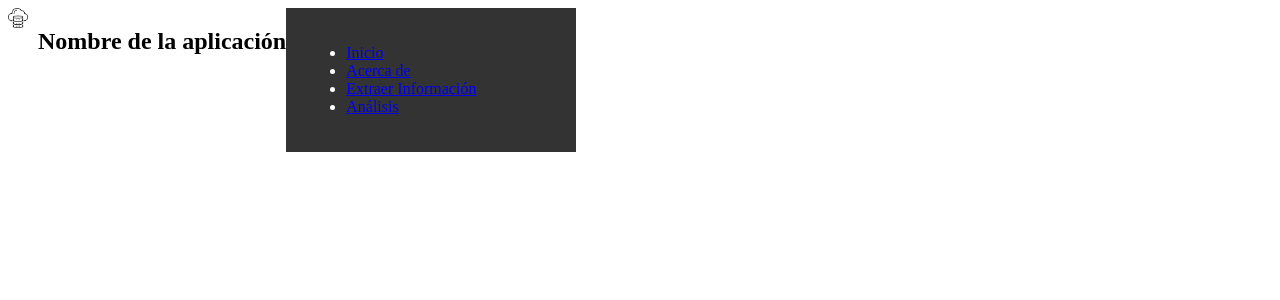
Repository: marcoBartolo55/data_analysis_app_-dev_project
Page: http://localhost/
The author's editor kept a copy of each file at every save. The page is drawn from the files as they stood at one save, then again after a run of saves.
The browser window is 1280 px wide. The pictures show the whole page.
The page is served by the project's application, run on Flask 3 (app/app.py).

Above is the page before, as saved 2025-10-19 22:32:21.

After the next 3 saves:
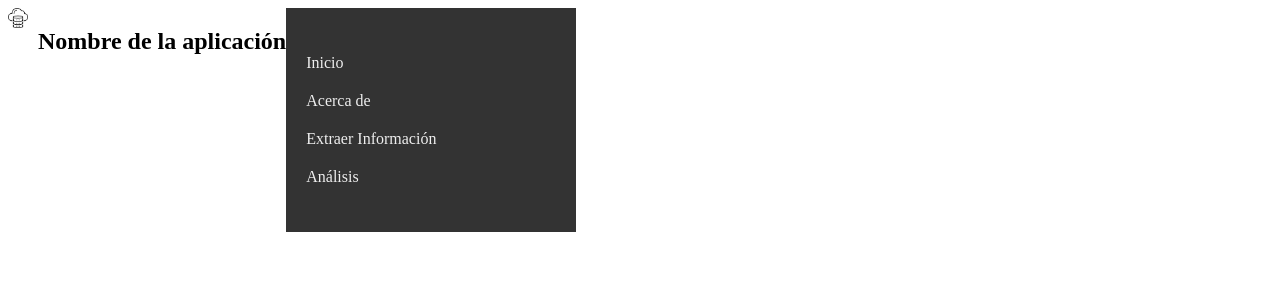
The 3 saves are shown as one change because they came seconds apart.
The last was saved 9 s later.
--- a/static/styles/index.css
+++ b/static/styles/index.css
@@ -15,17 +15,17 @@
 }
 
 /* Estilos simples para los enlaces del menú */
-.sidebar nav ul {
+.side-bar nav ul {
     list-style: none;
     padding: 0;
 }
-.sidebar nav a {
+.side-bar nav a {
     color: #eee;
     text-decoration: none;
     display: block;
     padding: 10px 0;
 }
-.sidebar nav a:hover {
+.side-bar nav a:hover {
     background-color: #555;
 }
 
